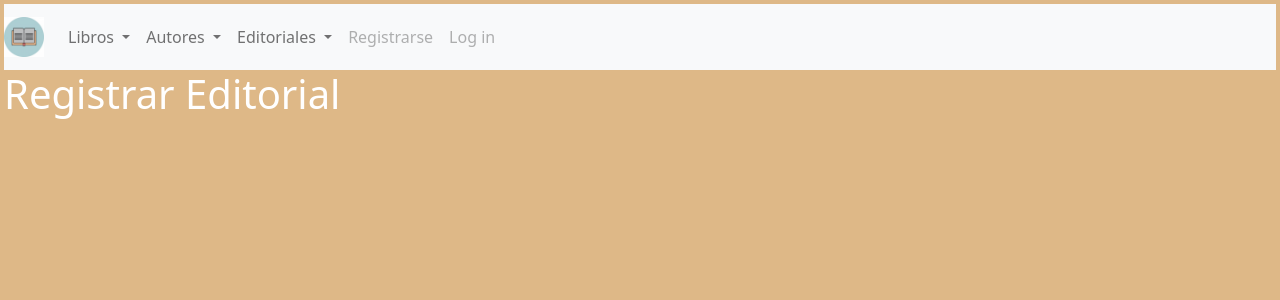
Repository: frnalonso/libreria
Page: src/main/resources/templates/registrarAutor.html
These files come from the project's save history. The page is drawn as it stood at one moment and after the next save; the edit follows.
The browser window is 1280 px wide. The pictures show the whole page.

Above is the page before, as saved 2021-11-16 10:48:32.

### src/main/resources/templates/registrarAutor.html
<!doctype html>
<html lang="en">
  <head>
    <!-- Required meta tags -->
    <meta charset="utf-8">
    <meta name="viewport" content="width=device-width, initial-scale=1">

    <!-- Bootstrap CSS -->
    <link href="https://cdn.jsdelivr.net/npm/bootstrap@5.1.3/dist/css/bootstrap.min.css" rel="stylesheet" integrity="sha384-1BmE4kWBq78iYhFldvKuhfTAU6auU8tT94WrHftjDbrCEXSU1oBoqyl2QvZ6jIW3" crossorigin="anonymous">
    <link rel="stylesheet" href="/css/registrar.css"/>
    <title>Registrar Editorial</title>

  </head>
  <body class="p-1 text-white">
    <nav class="navbar navbar-expand-lg navbar-light bg-light">
        <a class="navbar-brand" href="/" ><img src="/images/icono_libreria2.jpg" width="40px" alt=""></a>
        <button class="navbar-toggler" type="button" data-toggle="collapse" data-target="#navbarNavAltMarkup" aria-controls="navbarNavAltMarkup" aria-expanded="false" aria-label="Toggle navigation">
          <span class="navbar-toggler-icon"></span>
        </button>
        <div class="collapse navbar-collapse" id="navbarNavAltMarkup">
          <div class="navbar-nav">
            <li class="nav-item dropdown">
              <a class="nav-link dropdown-toggle" href="#" id="navbarDropdown" role="button" data-bs-toggle="dropdown" aria-expanded="false">
                Libros
              </a>
              <ul class="dropdown-menu" aria-labelledby="navbarDropdown">
                <li><a class="dropdown-item" href="/registro">Registrar Libro</a></li>
                <li><a class="dropdown-item" href="/mostrar">Ver Libros</a></li>
              </ul>
            </li>
            <li class="nav-item dropdown">
              <a class="nav-link dropdown-toggle" href="#" id="navbarDropdown" role="button" data-bs-toggle="dropdown" aria-expanded="false">
                Autores
              </a>
              <ul class="dropdown-menu" aria-labelledby="navbarDropdown">
                <li><a class="dropdown-item" href="/autor/registrarAutor">Registrar Autor</a></li>
                <li><a class="dropdown-item" href="/autor/mostrarAutores">Ver Autores</a></li>
              </ul>
            </li>
            <li class="nav-item dropdown">
              <a class="nav-link dropdown-toggle" href="#" id="navbarDropdown" role="button" data-bs-toggle="dropdown" aria-expanded="false">
                Editoriales
              </a>
              <ul class="dropdown-menu" aria-labelledby="navbarDropdown">
                <li><a class="dropdown-item" href="/editorial/registrarEditorial">Registrar Editorial</a></li>
                <li><a class="dropdown-item" href="/editorial/mostrarEditoriales">Ver Editoriales</a></li>
              </ul>
            </li>
            <a class="nav-item nav-link disabled" href="Log in">Registrarse</a>
            <a class="nav-item nav-link disabled" href="Log in">Log in</a>
          </div>
        </div>
      </nav>

      <h1>Registrar Editorial</h1>

    <!-- Optional JavaScript; choose one of the two! -->

    <!-- Option 1: Bootstrap Bundle with Popper -->
    <script src="https://cdn.jsdelivr.net/npm/bootstrap@5.1.3/dist/js/bootstrap.bundle.min.js" integrity="sha384-ka7Sk0Gln4gmtz2MlQnikT1wXgYsOg+OMhuP+IlRH9sENBO0LRn5q+8nbTov4+1p" crossorigin="anonymous"></script>

    <!-- Option 2: Separate Popper and Bootstrap JS -->
    <!--
    <script src="https://cdn.jsdelivr.net/npm/@popperjs/core@2.10.2/dist/umd/popper.min.js" integrity="sha384-7+zCNj/IqJ95wo16oMtfsKbZ9ccEh31eOz1HGyDuCQ6wgnyJNSYdrPa03rtR1zdB" crossorigin="anonymous"></script>
    <script src="https://cdn.jsdelivr.net/npm/bootstrap@5.1.3/dist/js/bootstrap.min.js" integrity="sha384-QJHtvGhmr9XOIpI6YVutG+2QOK9T+ZnN4kzFN1RtK3zEFEIsxhlmWl5/YESvpZ13" crossorigin="anonymous"></script>
    -->
  </body>
</html>

### src/main/resources/static/css/registrar.css
body {
    background-color:burlywood;
}

h2 {
    color: red;
    text-align: center;
}

img {
    display:block;
    margin:auto;
}

.content {
    margin: 0 auto;
    width: 250px;
}

After the next save:
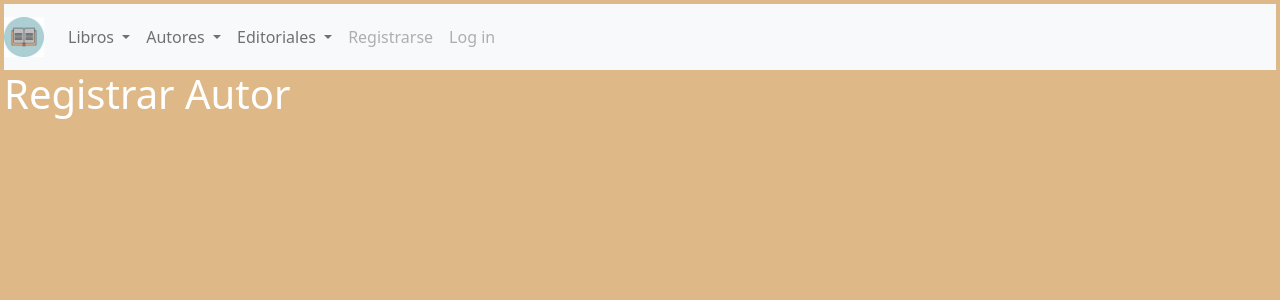
Saved 5 s later.
--- a/src/main/resources/templates/registrarAutor.html
+++ b/src/main/resources/templates/registrarAutor.html
@@ -52,7 +52,7 @@
         </div>
       </nav>
 
-      <h1>Registrar Editorial</h1>
+      <h1>Registrar Autor</h1>
 
     <!-- Optional JavaScript; choose one of the two! -->
 
